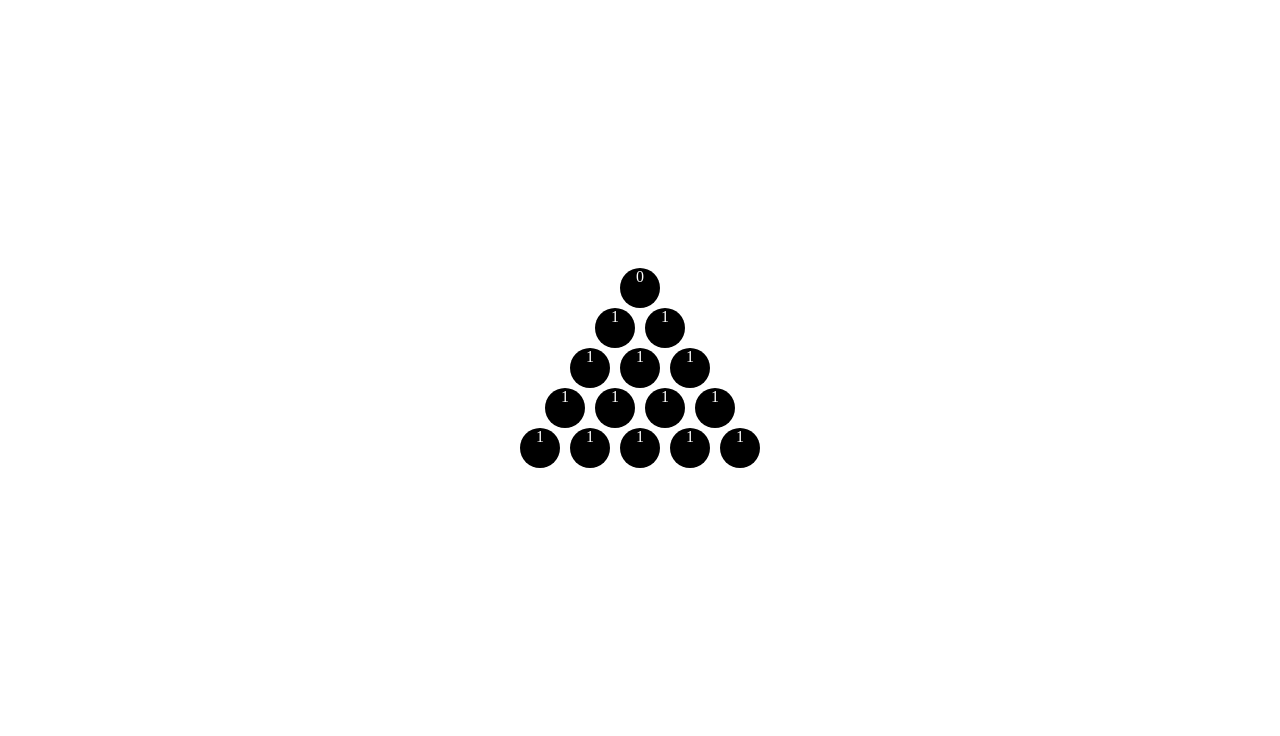
Repository: Yash19075/Mathematical-Peg-game
Page: Peg-game.html
The author's editor kept a copy of each file at every save. The page is drawn from the files as they stood at one save, then again after the next save.
The browser window is 1280 px wide. The pictures show the whole page.

Above is the page before, as saved 2025-03-15 11:59:16.

After the next save:
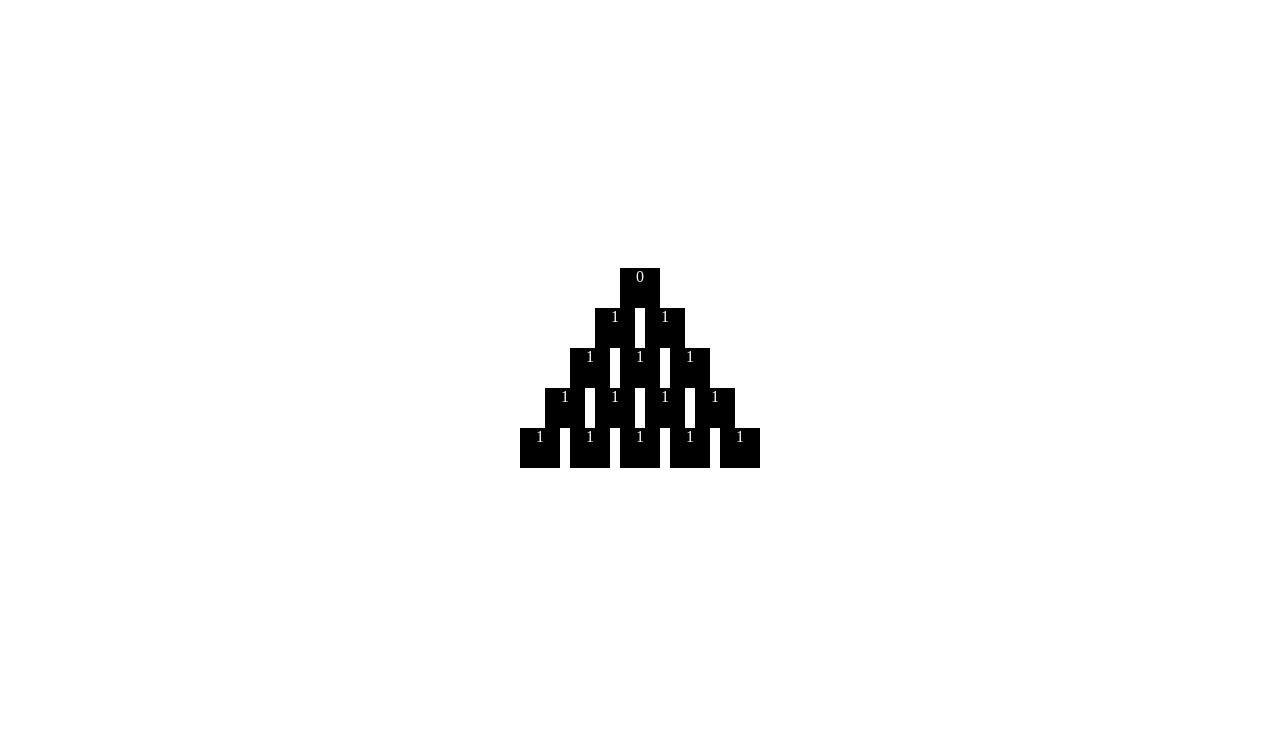
Saved 11 s later.
--- a/Peg-game.css
+++ b/Peg-game.css
@@ -18,11 +18,12 @@ body {
 }
 
 .peg{
-    border-radius: 50%;
+    /* border-radius: 50%; */
     background-color: black;
     color: white;
     width: 40px;
     /* align-items: center; */
     height: 40px;
     text-align: center;
+
 }
